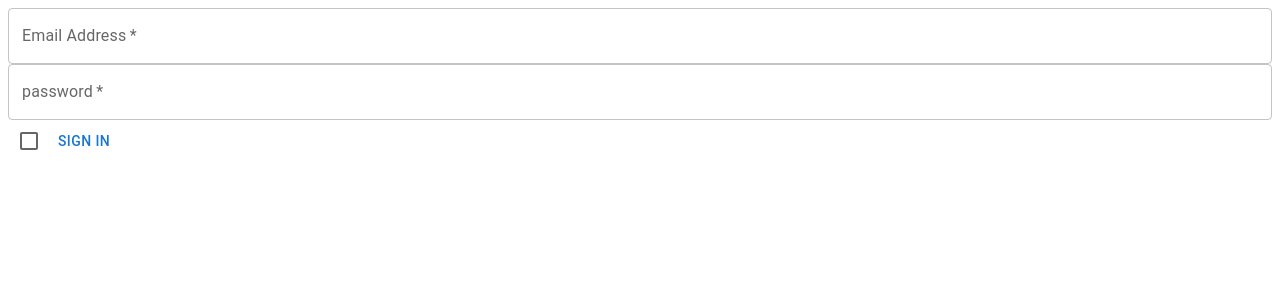
Repository: chlwpdnswku/nextjsportpolioclone
Page: /
An editor plug-in stored every save of this project. The page is shown before and after the next save, followed by the edit.
The browser window is 1280 px wide. The pictures show the whole page.
The project was rebuilt for these pictures with package versions that can differ from the ones it lists, and the page was loaded fresh each time. The framework's server and built-in components were replaced by stand-ins that run in the browser. Also part of the build but not shown: next.config.js.

Above is the page before, as saved 2022-08-05 16:41:27.

### pages/index.tsx
import React, { useState } from 'react';
import type { NextPage } from 'next';
import Head from 'next/head';
import Image from 'next/image';
import styles from '../styles/Home.module.css';
import { Button, TextField } from '@mui/material';
import Checkbox from '@mui/material/Checkbox';

const Home: NextPage = () => {
  return (
    <>
      {/* 필수입력 required */}
      <TextField
        label='Email Address'
        required
        fullWidth
        name='email'
        autoComplete='email'
      />
      <TextField
        label='password'
        type='password'
        required
        fullWidth
        name='password'
        autoComplete='current-password'
      />
      <Checkbox value='remember' color='primary' />
      {/* 서버로 보내는 서브밋 타이틀을 만들어줌. */}
      <Button type='submit'>SIGN IN</Button>
    </>
  );
};

export default Home;

Loaded but not shown: pages/_app.tsx (common file); styles/globals.css (no stored copy; drawn as an empty file)

After the next save:
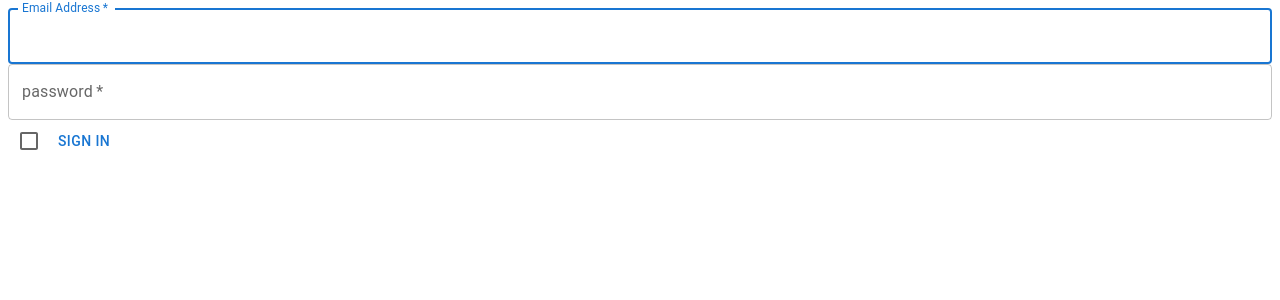
Saved 4 min 27 s later.
--- a/pages/index.tsx
+++ b/pages/index.tsx
@@ -16,6 +16,7 @@ const Home: NextPage = () => {
         fullWidth
         name='email'
         autoComplete='email'
+        autoFocus
       />
       <TextField
         label='password'
